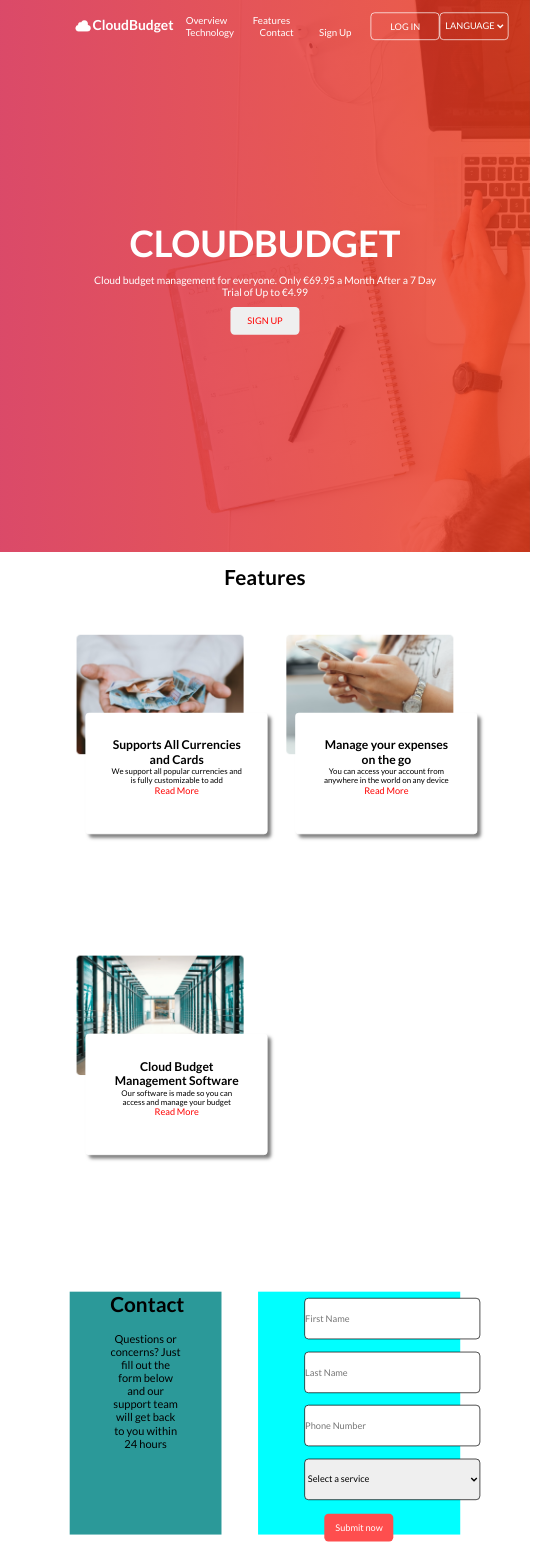
Repository: havvanurrana/website3
Page: index.html
These files come from the project's save history. The page is drawn as it stood at one moment and after the next save; the edit follows.
The browser window is 768 px wide. The page is 791 px wide, so the pictures cover 791 px, including what lies to the right of the window. The pictures show the whole page, at 69% of full size.

Above is the page before, as saved 2024-08-04 22:31:23.

After the next save:
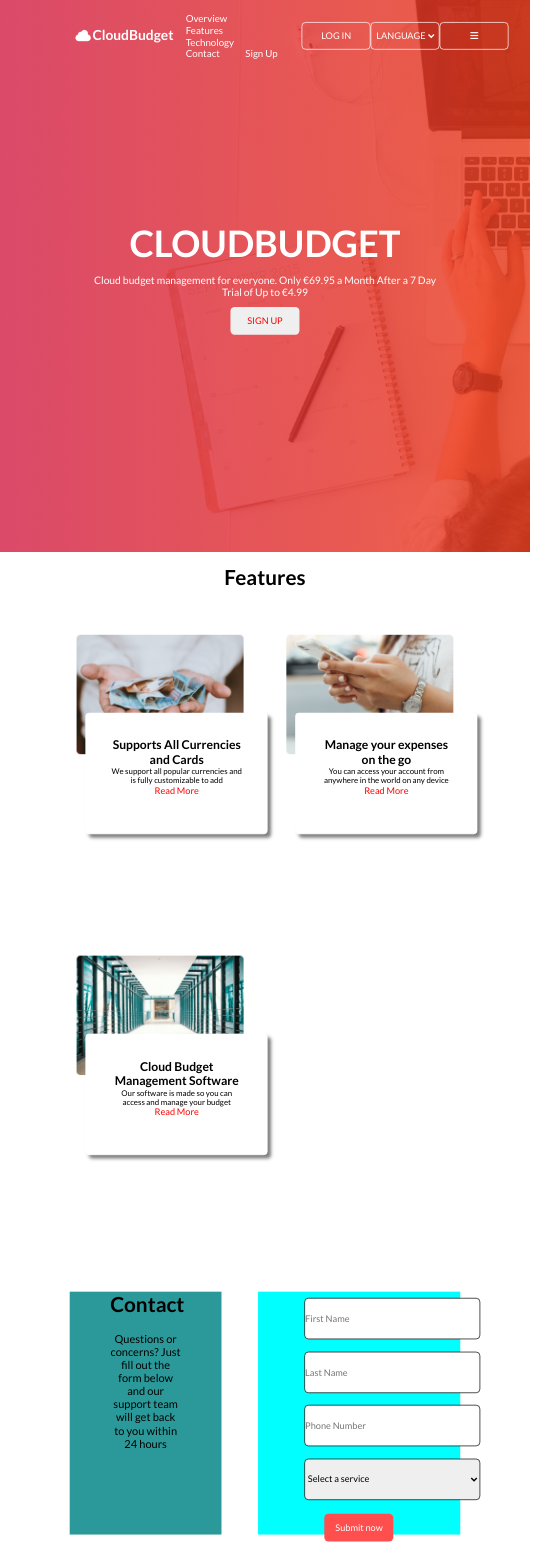
Saved 3 min 23 s later.
--- a/style.css
+++ b/style.css
@@ -263,6 +263,11 @@ input{
 @media (max-width:1000px){
    html{
       font-size: 55%;
+   }
+}
+@media (max-width :768px){
+   #menu{
+      display: inline-block;
    }
 }
  /*
